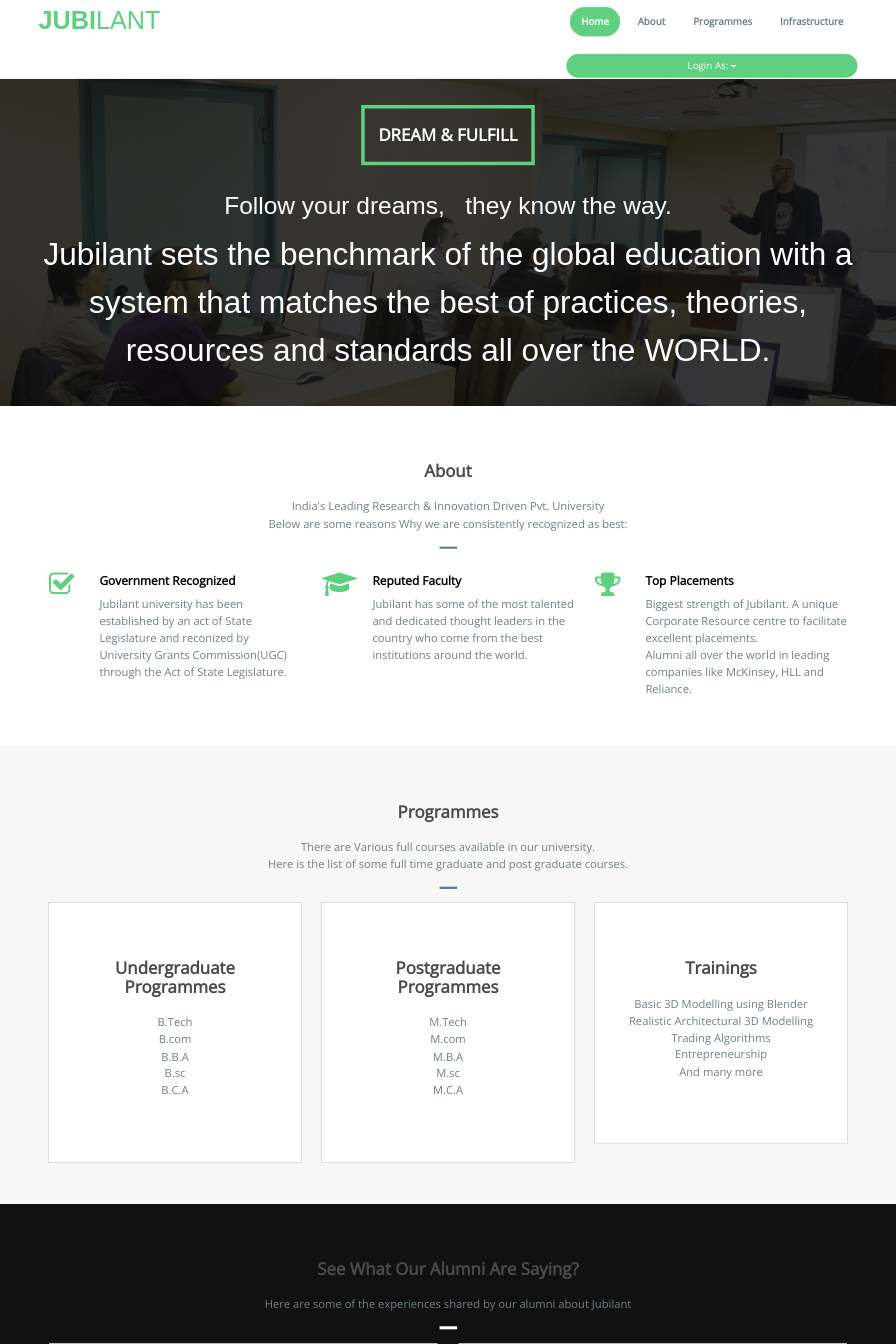
Repository: GauravC8/UMS
Page: http://localhost/login/WEB-INF/index.jsp
These files come from the project's save history. The page is drawn as it stood at one moment and after the next save; the edit follows.
The browser window is 1280 px wide. The pictures show the part of the page from y = 0 to 1920 px (the page is 3363 px tall), at 70% of full size.
Some web fonts or font styles are not loaded; a fallback is used. The page is served by Tomcat 9. Nobody is signed in. The template is opened directly, without the code that normally fills it, so the values that code supplies are empty.

Above is the page before, as saved 2019-04-08 11:02:02.

After the next save:
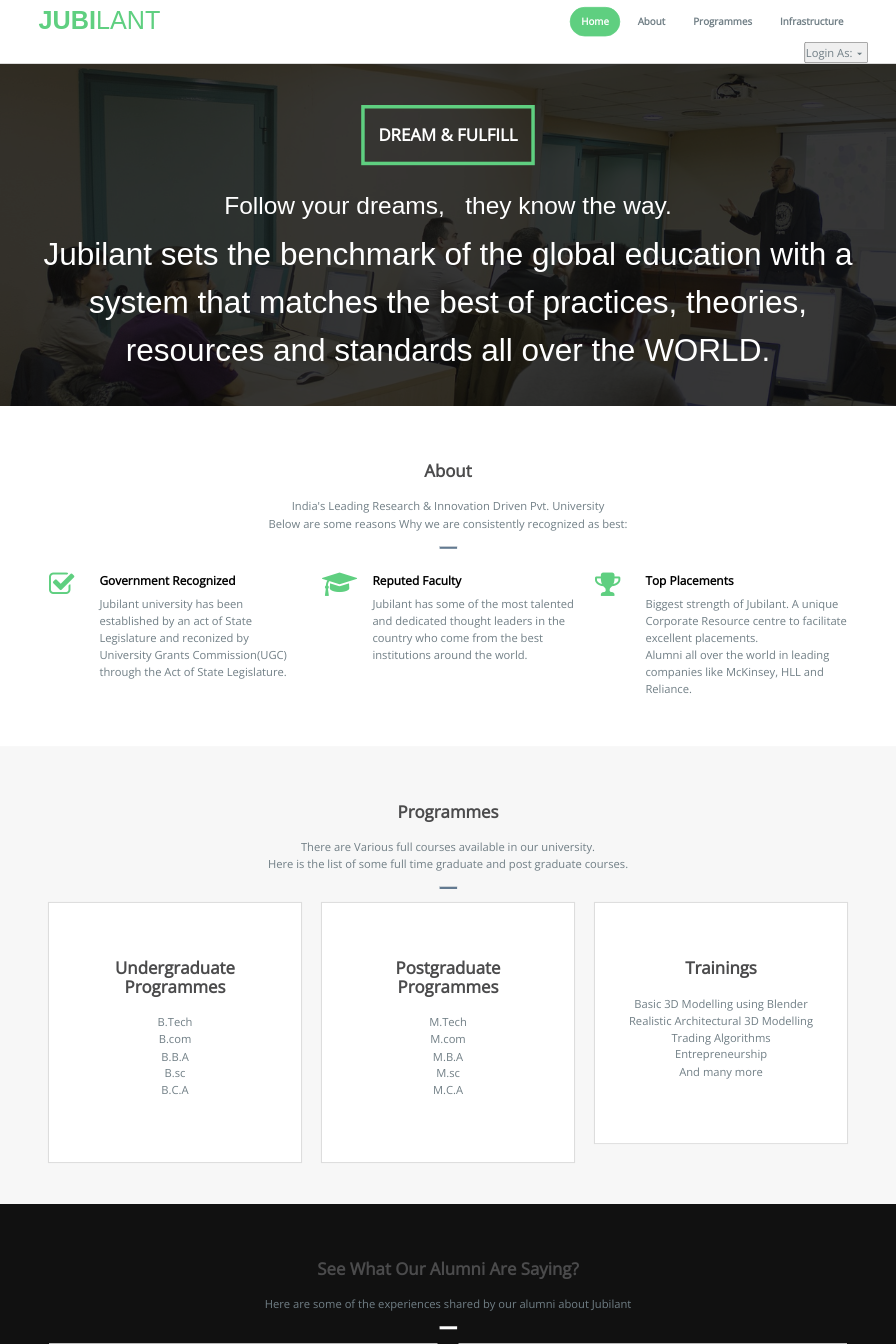
Saved 51 s later.
--- a/login/src/main/webapp/WEB-INF/index.jsp
+++ b/login/src/main/webapp/WEB-INF/index.jsp
@@ -40,7 +40,7 @@
 					<li><a href="#infrasturcture">Infrastructure</a></li>
 
 						<div class="dropdown">
-							<button class="btn btn-default dropdown-toggle form-control"
+							<button class="nav navbar-nav navbar-right"
 								type="button" id="menu1" data-toggle="dropdown">
 								Login As: <span class="caret"></span>
 							</button>
